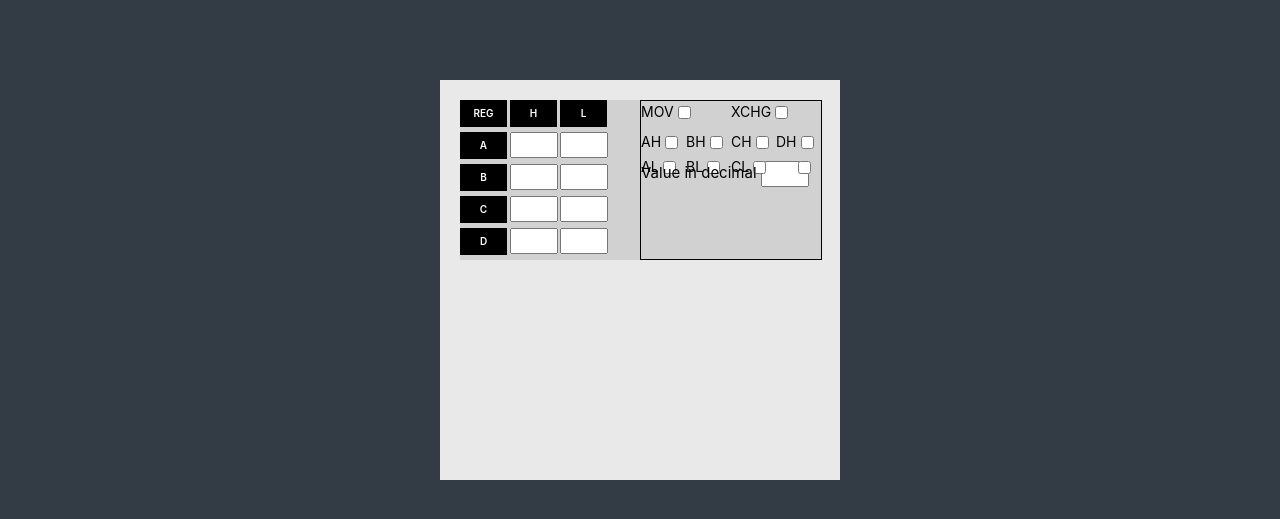
Repository: piookr-wsei/8086
Page: /
An editor plug-in stored every save of this project. The page is shown before and after the next save, followed by the edit.
The browser window is 1280 px wide. The pictures show the whole page.
The project was rebuilt for these pictures with package versions that can differ from the ones it lists, and the page was loaded fresh each time.

Above is the page before, as saved 2022-06-18 21:35:39.

After the next save:
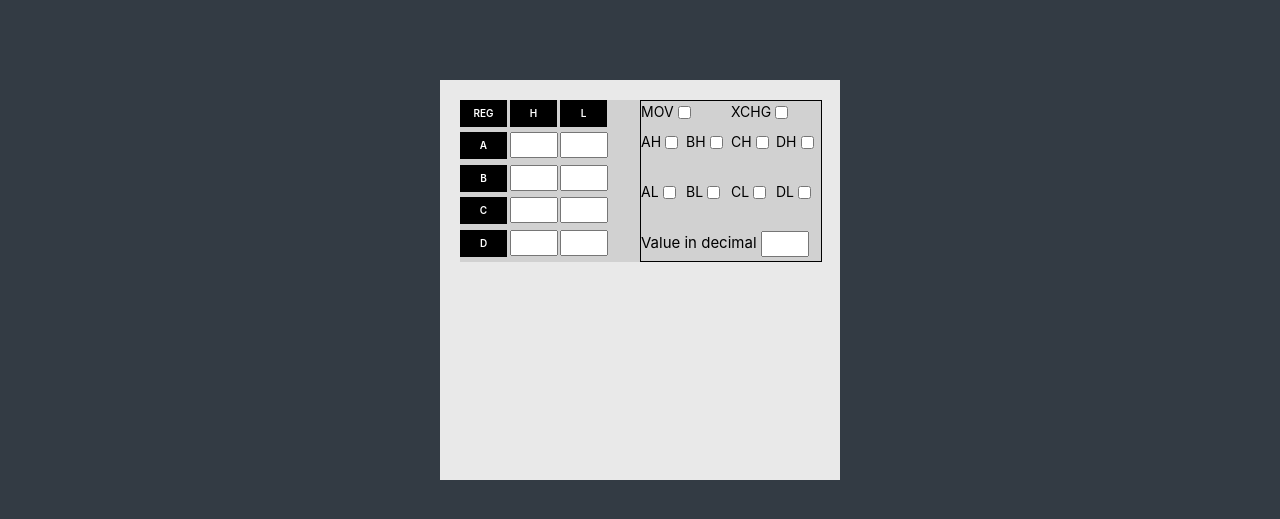
Saved 40 s later.
--- a/src/Components/Components.elements.js
+++ b/src/Components/Components.elements.js
@@ -41,7 +41,7 @@ export const SettingsWrapper = styled.div`
     border: solid 1px black;
     font-size: 14px;
     line-height: 22px;
-    grid-template-rows: repeat(auto-fit, 30px);
+    grid-template-rows: 30px 100px repeat(auto-fit, 30px);
 
 `
 
